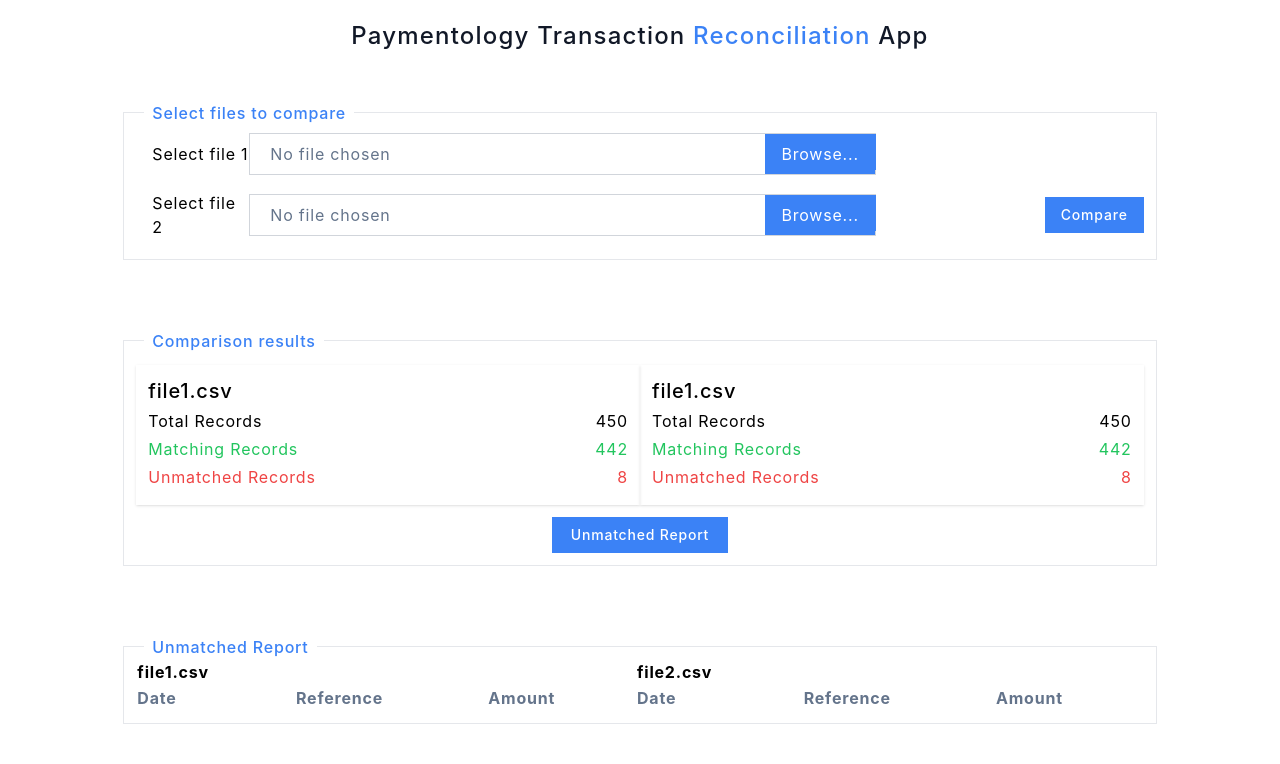
Repository: chionye/paymentology-front
Page: /
The author's editor kept a copy of each file at every save. The page is drawn from the files as they stood at one save, then again after a run of saves.
The browser window is 1280 px wide. The pictures show the whole page.
The project was rebuilt for these pictures with package versions that can differ from the ones it lists, and the page was loaded fresh each time.

Above is the page before, as saved 2022-03-16 19:31:25.

After the next 2 saves:
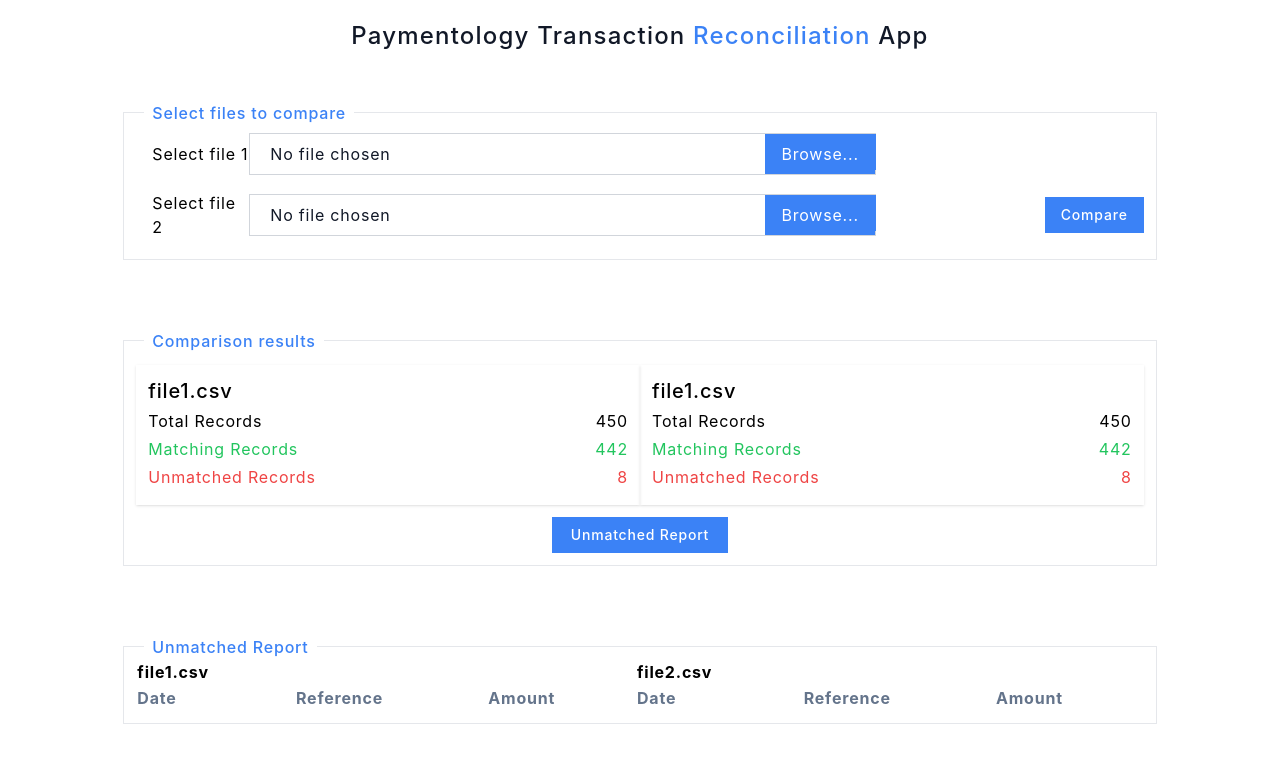
The 2 saves are shown as one change because they came seconds apart.
The last was saved 47 s later.
--- a/src/components/InputFile.js
+++ b/src/components/InputFile.js
@@ -25,7 +25,7 @@ const InputFile = (props) => {
                     pl-2
                     md:mx-3
                     appearance-none
-                    text-slate-500
+                    text-gray-900
                     file:py-2
                     file:px-4
                     file:border-0
